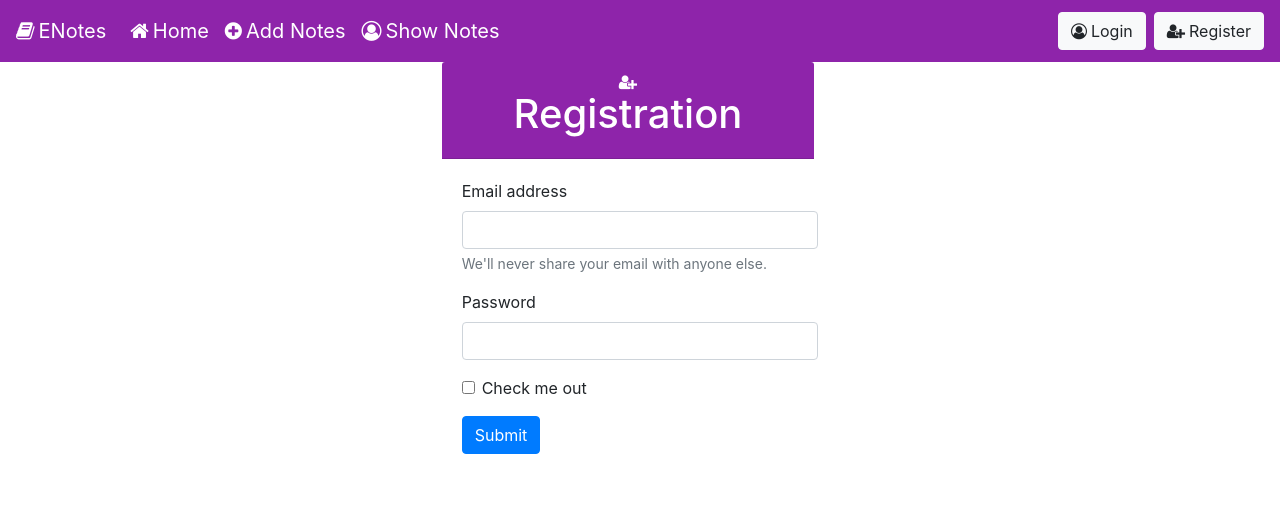
Repository: Bansal140899/eclipse-workspace
Page: http://localhost/ENotesProject/register.jsp
The author's editor kept a copy of each file at every save. The page is drawn from the files as they stood at one save, then again after the next save.
The browser window is 1280 px wide. The pictures show the whole page.
The page is served by Tomcat 9. Other server files are loaded and not shown.

Above is the page before, as saved 2025-12-21 22:00:03.

### ENotesProject/src/main/webapp/register.jsp
<%@ page language="java" contentType="text/html; charset=UTF-8"
	pageEncoding="UTF-8"%>
<!DOCTYPE html PUBLIC "-//W3C//DTD HTML 4.01 Transitional//EN" "http://www.w3.org/TR/html4/loose.dtd">
<html>
<head>
<meta http-equiv="Content-Type" content="text/html; charset=UTF-8">
<title>Register Page</title>
</head>
<body>
	<%@include file="All_Component/allcss.jsp"%>
	<%@include file="All_Component/navbar.jsp"%>
	<div class="container-fluid">
		<div class="row">
			<div class="col-md-4 offset-md-4">
              <div  class="text-center text-white mr-4">

				<div class="card-header text-center text-white bg-custom">
				   <i class="fa fa-user-plus fa-3xl" aria-hidden="true"></i>
				   <h1>Registration</h1>

				 </div>

				</div>
				<div class="card-body">
				<form>
					<div class="form-group">
						<label for="exampleInputEmail1">Email address</label> <input
							type="email" class="form-control" id="exampleInputEmail1"
							aria-describedby="emailHelp"> <small id="emailHelp"
							class="form-text text-muted">We'll never share your email
							with anyone else.</small>
					</div>
					<div class="form-group">
						<label for="exampleInputPassword1">Password</label> <input
							type="password" class="form-control" id="exampleInputPassword1">
					</div>
					<div class="form-group form-check">
						<input type="checkbox" class="form-check-input" id="exampleCheck1">
						<label class="form-check-label" for="exampleCheck1">Check
							me out</label>
					</div>
					<button type="submit" class="btn btn-primary">Submit</button>
				</form>


				</div>
				</div>

			</div>

		</div>


	</div>
</body>
</html>

### ENotesProject/src/main/webapp/All_Component/allcss.jsp
<link rel="stylesheet"
	href="https://cdn.jsdelivr.net/npm/bootstrap@4.6.2/dist/css/bootstrap.min.css"
	integrity="sha384-xOolHFLEh07PJGoPkLv1IbcEPTNtaed2xpHsD9ESMhqIYd0nLMwNLD69Npy4HI+N"
	crossorigin="anonymous">

<link rel="stylesheet"
	href="https://cdnjs.cloudflare.com/ajax/libs/font-awesome/4.7.0/css/font-awesome.min.css">
<link rel="stylesheet" href="css/style.css">

<script
	src="https://cdn.jsdelivr.net/npm/jquery@3.5.1/dist/jquery.slim.min.js"
	integrity="sha384-DfXdz2htPH0lsSSs5nCTpuj/zy4C+OGpamoFVy38MVBnE+IbbVYUew+OrCXaRkfj"
	crossorigin="anonymous"></script>
<script
	src="https://cdn.jsdelivr.net/npm/popper.js@1.16.1/dist/umd/popper.min.js"
	integrity="sha384-9/reFTGAW83EW2RDu2S0VKaIzap3H66lZH81PoYlFhbGU+6BZp6G7niu735Sk7lN"
	crossorigin="anonymous"></script>
<script
	src="https://cdn.jsdelivr.net/npm/bootstrap@4.6.2/dist/js/bootstrap.min.js"
	integrity="sha384-+sLIOodYLS7CIrQpBjl+C7nPvqq+FbNUBDunl/OZv93DB7Ln/533i8e/mZXLi/P+"
	crossorigin="anonymous"></script>

### ENotesProject/src/main/webapp/All_Component/navbar.jsp
<nav class="navbar navbar-expand-lg navbar-dark bg-custom navbar-custom">
  <a class="navbar-brand" href="#"><i class="fa fa-book mr-1" aria-hidden="true"></i>ENotes</a>
  <button class="navbar-toggler" type="button" data-toggle="collapse" data-target="#navbarSupportedContent" aria-controls="navbarSupportedContent" aria-expanded="false" aria-label="Toggle navigation">
    <span class="navbar-toggler-icon"></span>
  </button>

  <div class="collapse navbar-collapse" id="navbarSupportedContent">
    <ul class="navbar-nav mr-auto">
      <li class="nav-item active">
        <a class="nav-link" href="#"><i class="fa fa-home mr-1" aria-hidden="true"></i>Home <span class="sr-only">(current)</span></a>
      </li>
      <li class="nav-item">
        <a class="nav-link" href="#"><i class="fa fa-plus-circle mr-1" aria-hidden="true"></i>Add Notes</a>
      </li>

      <li class="nav-item">
        <a class="nav-link"><i class="fa fa-user-circle-o mr-1" aria-hidden="true"></i>Show Notes</a>
      </li>
    </ul>

      <button class="btn btn-light my-2 my-sm-0 mr-2" type="submit"><i class="fa fa-user-circle-o mr-1" aria-hidden="true"></i>Login</a>
      <button class="btn btn-light my-2 my-sm-0" type="submit"><i class="fa fa-user-plus mr-1" aria-hidden="true"></i>Register</a>

  </div>
</nav>

### ENotesProject/src/main/webapp/css/style.css
.bg-custom{
	background:#8e24aa;
}
.navbar .nav-item .nav-link{
	font-size:20px;
	color:white;
}

.navbar-custom .nav-item:hover .nav-link{
	background:white;
	color:black;
    border-radius:10px;
}

After the next save:
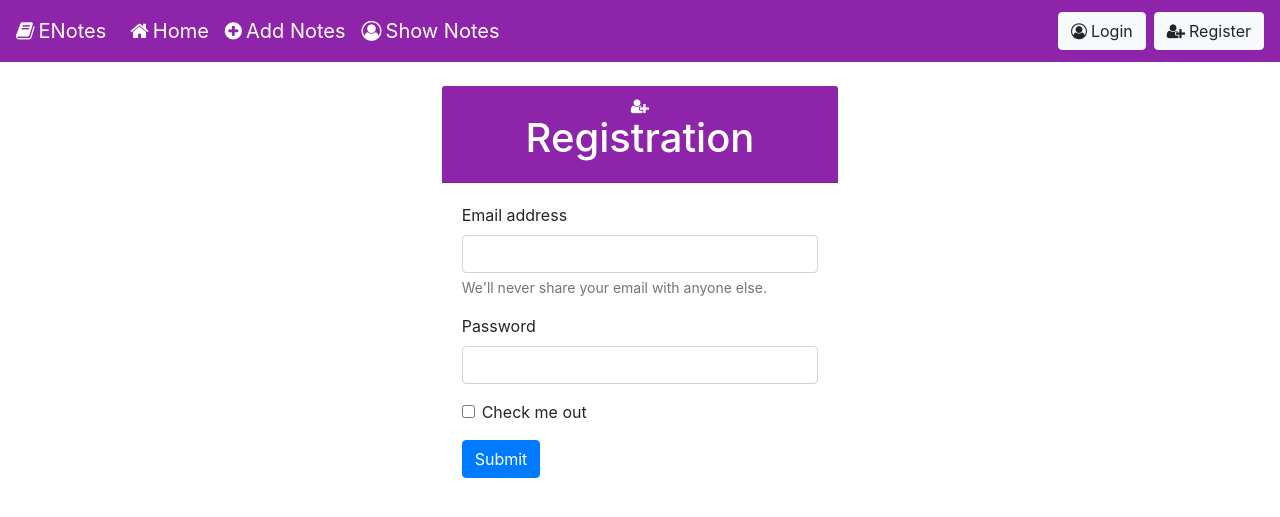
Saved 32 s later.
--- a/ENotesProject/src/main/webapp/register.jsp
+++ b/ENotesProject/src/main/webapp/register.jsp
@@ -12,7 +12,7 @@
 	<div class="container-fluid">
 		<div class="row">
 			<div class="col-md-4 offset-md-4">
-              <div  class="text-center text-white mr-4">
+              <div  class="text-center text-white mt-4">
 
 				<div class="card-header text-center text-white bg-custom">
 				   <i class="fa fa-user-plus fa-3xl" aria-hidden="true"></i>
